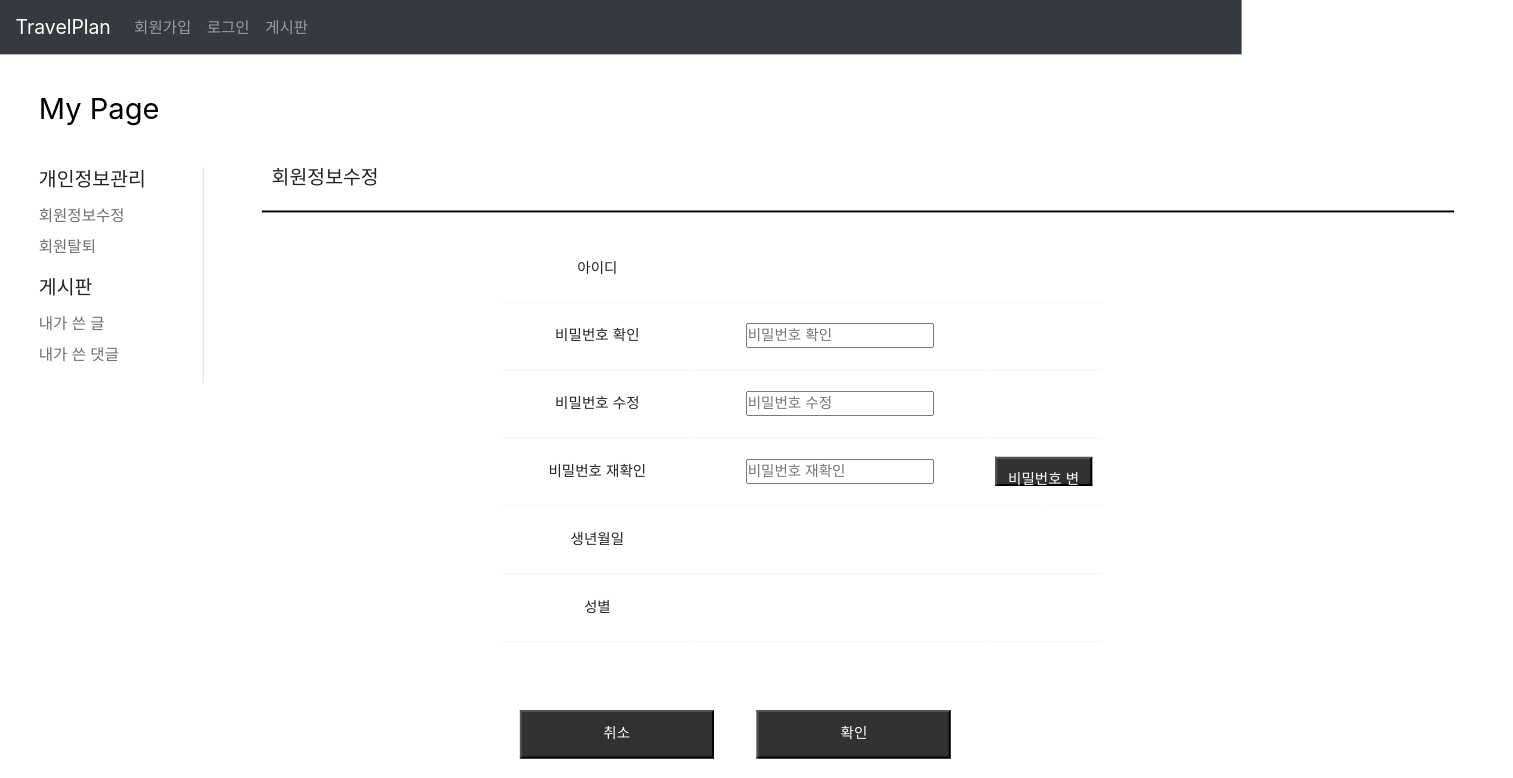
Repository: sna145815/Travel_v1
Page: http://localhost/Travel_v1/mypage
These files come from the project's save history. The page is drawn as it stood at one moment and after the next save; the edit follows.
The browser window is 1280 px wide. The page is 1560 px wide, so the pictures cover 1560 px, including what lies to the right of the window. The pictures show the whole page, at 97% of full size.
The page is served by Tomcat 9. Other server files are loaded and not shown. Queries for data that is not in the repository find no rows.

Above is the page before, as saved 2022-11-07 07:53:56.

### Travel_v1/src/main/webapp/WEB-INF/view/mypage.jsp
<%@ page language="java" contentType="text/html; charset=UTF-8"
    pageEncoding="UTF-8"%>
<%@ include file="/layout/header.jsp" %>

<!DOCTYPE html>
<html>
<head>
	<meta charset="UTF-8">
	<style>
		* {
			margin: 0;
			padding: 0;
		}
		#wrap {
			width: auto;
			min-width: 1560px;
			max-width: 1880px;
			padding: 0px 40px;
			margin: 0px auto;
			box-sizing: border-box;
		}
		#sub_header {
			position: relative;
			padding: 0px 0px 10px;
			margin: 0px auto;
		}
		.visual_area {
			padding: 5px 0px 8px;
			font-size: inherit;
			font-weight: normal;
		}
		.txt > a {
			display: inline-block;
			font-size: 30px;
			font-weight: normal;
			color: rgb(0, 0, 0);
		}
		.menu_area {
			float : left;
			width : 270px;
			border-right: 1px solid #ddd;
		}
		.content_right {
			position: absolute;
			left: 270px;
			top: 200;
			right: 0;
			min-width: 1229px;
		}
		.menu_area {
		 	width: 170px;
		 	float: left;
		 	margin: 24px 40px 0px 0px;
		 	font-size: 14px;
		}
		.menu1, .menu2 {
			display: flex;
			flex-direction: column;
			padding-bottom: 15px;
		}
		.update, .delete, .post, .comment {
			display: flex;
			margin-top: 2px;
			font-size: 16px;
			line-height: 30px;
			color: rgb(110, 110, 110);
		}
		.content-right {
			padding: 0;
			float: right;
		}
		.sectiontitle {
			border-bottom: 2px solid #000000;
			padding-left: 10px;
			padding-bottom: 14px;
			margin-top: 22px;
			line-height: 1.5px;
			font-size: 14px;
			position: relative;
		}
		.sectiontable {
			margin-top: 22px;
			padding: 10px;
			font-size: 15px;
			border-collapse: collapse;
			table-layout: fixed;
			margin-left: 20%;
		}
		tr {
			height: 70px;
			padding: 10px;
			box-sizing: border-box;
			border-bottom: 1px solid #f5f5f5;
			text-align: center;
			vertical-align: middle;
			word-break: break-all;
		}
		.button {
			margin-top: 50px;
			margin-left: 20%;
		}
		.btn_update {
			width: 100px;
			height: 30px;
			margin: 10px;
			padding: 10px;
			font-size: 15px;
			border-collapse: collapse;
			vertical-align: middle;
			color: rgb(255, 255, 255);
			background-color: rgb(50, 50, 50);
		}
		.btn_cancel, .btn_check {
			width: 200px;
			height: 50px;
			margin: 20px;
			padding: 10px;
			font-size: 15px;
			border-collapse: collapse;
			vertical-align: middle;
			color: rgb(255, 255, 255);
			background-color: rgb(50, 50, 50);
		}
	</style>
</head>
<body>
	<div id="wrap">
		<div id ="header">
			<div class="visual_area">
				<h1 class="txt">
					<a href="/mypage">My Page</a>
				</h1>
			</div>
		</div>
		<div id ="content_area">
			<div class ="content">
				<div class="content_in">
					<!-- 좌측 메뉴 -->
					<nav class="menu_area">
						<div class="menu1">
							<h5>개인정보관리</h5>
							<a href="/mypage" class="update">회원정보수정</a>
							<a href="/deleteuser" class="delete">회원탈퇴</a>
						</div>
						<div class="menu2">
							<h5>게시판</h5>
							<a href="#" class="post">내가 쓴 글</a>
							<a href="#" class="comment">내가 쓴 댓글</a>
						</div>
					</nav>
					<!-- 콘텐츠 내용 -->
					<section class ="content_right">
						<header class="sectiontitle">
							<h5>회원정보수정</h5>
						</header>
						<div>
							<table class="sectiontable">
								<tr>
									<td width=200px>아이디<td>
									<td id="userId" width=300px><strong>${user.id}</strong></td>
								</tr>
								<tr>
									<td>비밀번호 확인<td>
									<td><input type="password" id="userPwd" placeholder="비밀번호 확인" size=15/></td>
									<td><span id="checkpw"></span></td>
								</tr>
								<tr>
									<td>비밀번호 수정<td>
									<td><input type="password" id="upPwd" placeholder="비밀번호 수정" size=15/></td>
								</tr>
								<tr>
									<td>비밀번호 재확인<td>
									<td><input type="password" id="PwdR" placeholder="비밀번호 재확인" size=15/></td>
									<td>

										<form action="/mypage" method="post">
											<span id="checkpwdr"><button type="submit" class="btn_update">비밀번호 변경</button></span>
										</form>
									</td>
								</tr>
								<tr>
									<td>생년월일<td>
									<td id="userbirth"><strong>${user.date}</strong></td>
								</tr>
								<tr>
									<td>성별<td>
									<td id="userGender"><strong>${user.gender}</strong></td>
								</tr>
							</table>
						</div>
						<div class="button">
							<span>
								<button type="submit" class="btn_cancel" onclick="location.reload()">취소</button>
							</span>
							<span>
								<button type="submit" class="btn_check" onclick="location.href = '/main';">확인</button>
							</span>
						</div>
					</section>
				</div>
			</div>
		</div>
	</div>
</body>
</html>

### Travel_v1/src/main/webapp/layout/header.jsp
<%@ page language="java" contentType="text/html; charset=UTF-8"
    pageEncoding="UTF-8"%>
<!DOCTYPE html>

<head>
  <title>TravelPlan</title>
  <meta charset="utf-8">
  <meta name="viewport" content="width=device-width, initial-scale=1">
  <link rel="stylesheet" href="https://cdn.jsdelivr.net/npm/bootstrap@4.6.1/dist/css/bootstrap.min.css">
  <script src="https://cdn.jsdelivr.net/npm/jquery@3.6.0/dist/jquery.slim.min.js"></script>
  <script src="https://cdn.jsdelivr.net/npm/popper.js@1.16.1/dist/umd/popper.min.js"></script>
  <script src="https://cdn.jsdelivr.net/npm/bootstrap@4.6.1/dist/js/bootstrap.bundle.min.js"></script>
</head>
<body>

<nav class="navbar navbar-expand-md bg-dark navbar-dark">
  <a class="navbar-brand" href="/main">TravelPlan</a>
  <button class="navbar-toggler" type="button" data-toggle="collapse" data-target="#collapsibleNavbar">
    <span class="navbar-toggler-icon"></span>
  </button>
  <div class="collapse navbar-collapse" id="collapsibleNavbar">
    <ul class="navbar-nav">
      <li class="nav-item">
        <a class="nav-link" href="/join">회원가입</a>
      </li>
      <li class="nav-item">
        <a class="nav-link" href="/login">로그인</a>
      </li>
      <li class="nav-item">
        <a class="nav-link" href="/board?cmd=getlist">게시판</a>
      </li>
    </ul>
  </div>
</nav>
<br>

### Travel_v1/src/main/java/controller/mypagecontroller.java
package controller;

import java.io.IOException;

import javax.servlet.RequestDispatcher;
import javax.servlet.ServletException;
import javax.servlet.annotation.WebServlet;
import javax.servlet.http.HttpServlet;
import javax.servlet.http.HttpServletRequest;
import javax.servlet.http.HttpServletResponse;
import javax.servlet.http.HttpSession;

import model.usermodel;

import service.userservice;

@WebServlet("/mypage")
public class mypagecontroller extends HttpServlet {
	private static final long serialVersionUID = 1L;


    public mypagecontroller() {

    }


	protected void doGet(HttpServletRequest request, HttpServletResponse response) throws ServletException, IOException {
		HttpSession session = request.getSession();
		String id = (String)session.getAttribute("id");

		usermodel user = new usermodel();

		userservice service = new userservice();

		user = service.Selectuser(id);

		//오류 처리 필요
		request.setAttribute("user", user);
		RequestDispatcher rq = request.getRequestDispatcher("WEB-INF/view/mypage.jsp");
	    rq.forward(request, response);
	}

	protected void doPost(HttpServletRequest request, HttpServletResponse response) throws ServletException, IOException {
		request.setCharacterEncoding("utf-8");
		String pwd = request.getParameter("pwd");
		String uppwd = request.getParameter("uppwd");
		String uppwdr = request.getParameter("pwdr");

		HttpSession session = request.getSession();
		String id = (String) session.getAttribute("id");

		userservice service = new userservice();

		if(service.Checkpwd(pwd, id) == 1)
		{
			if(uppwd.equals(uppwdr))
			{
				if(service.Updatepwd(uppwd, id) == 1)
				{
					request.setAttribute("Result", true);
				}
				else
				{
					request.setAttribute("Result", false);
				}
			}
			RequestDispatcher rq = request.getRequestDispatcher("WEB-INF/view/updateresult.jsp");
		    rq.forward(request, response);
		}
		else
		{
			RequestDispatcher rq = request.getRequestDispatcher("WEB-INF/view/mypage.jsp");
		    rq.forward(request, response);
		}
	}
}

### Travel_v1/src/main/java/model/usermodel.java
package model;

import java.util.Date;

public class usermodel {
	private String id;
	private String pwd;
	private String name;
	private Date date;
	private String gender;


	public usermodel() {

	}


	public String getId() {
		return id;
	}


	public void setId(String id) {
		this.id = id;
	}


	public String getPwd() {
		return pwd;
	}


	public void setPwd(String pwd) {
		this.pwd = pwd;
	}


	public String getName() {
		return name;
	}


	public void setName(String name) {
		this.name = name;
	}


	public Date getDate() {
		return date;
	}


	public void setDate(Date date) {
		this.date = date;
	}


	public String getGender() {
		return gender;
	}


	public void setGender(String gender) {
		this.gender = gender;
	}


}

### Travel_v1/src/main/java/service/userservice.java
package service;


import java.sql.Connection;
import java.sql.Date;
import java.sql.PreparedStatement;
import java.sql.ResultSet;
import java.sql.SQLException;

import config.DB;
import model.usermodel;


public class userservice {

	//회원가입
	public int Signup(usermodel model)
	{
		String sql = "INSERT INTO user VALUES (?,?,?,?,?)";
		Connection conn = DB.getConnection();
		PreparedStatement pstmt = null;

		try
		{
            pstmt = conn.prepareStatement(sql);

            pstmt.setString(1, model.getId());
            pstmt.setString(2, model.getPwd());
            pstmt.setString(3, model.getName());
            pstmt.setDate(4, (Date) model.getDate());
            pstmt.setString(5, model.getGender());

            if(pstmt.executeUpdate() !=1)
            {
                return 0;
            }
            return 1;
        }
		catch(Exception e)
		{
			e.printStackTrace();
			return 0;
		}
		finally
		{
			DB.close(conn,pstmt);
		}
    }

	//비밀번호 변경
	public int Updatepwd(String uppwd, String id)
	{
		String sql = "UPDATE user set password = ? where id = ?";
		Connection conn = DB.getConnection();
		PreparedStatement pstmt = null;

		try
		{
			pstmt = conn.prepareStatement(sql);

            pstmt.setString(1, uppwd);
            pstmt.setString(2, id);

            if(pstmt.executeUpdate() !=1)
            {
                return 0;
            }
            return 1;
        }
		catch(Exception e)
		{
			e.printStackTrace();
			return 0;
		}
		finally
		{
			DB.close(conn,pstmt);
		}
	}

	//비밀번호 확인
	public int Checkpwd(String pwd, String id)
	{
		String sql = "SELECT password from user where id = ?";
		Connection conn = DB.getConnection();
		PreparedStatement pstmt = null;
		ResultSet rs = null;

		try
		{
			pstmt = conn.prepareStatement(sql);

			pstmt.setString(1, id);

			rs = pstmt.executeQuery();

            if (rs.next())
            {
            	if(rs.getString(1).equals(pwd))
            		return 1;
                else
             	   return 0;	 //비밀번호 불일치
             }
             return -1;	//비밀번호 없음
        }
		catch(SQLException e)
		{
			e.printStackTrace();
			return 0;
		}
		finally
		{
			DB.close(conn, pstmt, rs);
		}
	}

	//회원 삭제
	public int Deleteuser(String pwd)
	{
		String sql = "DELETE FROM user where password = ?";
		Connection conn = DB.getConnection();
		PreparedStatement pstmt = null;

		try
		{
            pstmt = conn.prepareStatement(sql);

            pstmt.setString(1, pwd);

            if(pstmt.executeUpdate() !=1)
            {
                return 0;
            }
            return 1;
        }
		catch(Exception e)
		{
			e.printStackTrace();
			return 0;
		}
	}

	//회원 정보 불러오기
	public usermodel Selectuser(String id)
	{
		String sql = "SELECT * FROM user where id = ?";
		Connection conn = DB.getConnection();
		PreparedStatement pstmt = null;
		ResultSet rs = null;

		usermodel user = new usermodel();

		try
		{
			pstmt = conn.prepareStatement(sql);

			pstmt.setString(1, id);

			rs = pstmt.executeQuery();

			while (rs.next())
			{
				user.setId(rs.getString(1));		//id
				user.setPwd(rs.getString(2));		//password
				user.setName(rs.getString(3));		//name
				user.setDate(rs.getDate(4));		//birth
				user.setGender(rs.getString(5));	//gender
			}

			return user;
		}
		catch (Exception e)
		{
			e.printStackTrace();
			return null;
		}
		finally
		{
			DB.close(conn, pstmt, rs);
		}
	}


	//로그인
	public  int findbyuserid(usermodel model)
	{
		String sql = "SELECT password FROM user WHERE id = ?";
		Connection conn=DB.getConnection();
		PreparedStatement pstmt = null;
		ResultSet rs = null;

		try
		{
            pstmt = conn.prepareStatement(sql);

            pstmt.setString(1, model.getId());

            rs = pstmt.executeQuery();
            if (rs.next())
            {
               if (rs.getString(1).equals(model.getPwd()))
            	   return 1;		//로그인 성공
               else
            	   return 0;	//비밀번호 불일치
            }
            return -1;	//아이디가 없음
        }
		catch(SQLException e)
		{
			e.printStackTrace();
			return -2;	//오류
		}
		finally
		{
			DB.close(conn,pstmt,rs);
		}

	}

}

### Travel_v1/src/main/java/config/DB.java
package config;

import java.sql.Connection;
import java.sql.DriverManager;
import java.sql.PreparedStatement;
import java.sql.ResultSet;
import java.sql.SQLException;

public class DB {

	public static Connection getConnection()
	{
		try{
			 String jdbcUrl = "jdbc:mysql://localhost:3306/travel?useUnicode=true&characterEncoding=utf8";
		     String dbId = "root";
		     String dbPass = "1128";

			 Class.forName("com.mysql.cj.jdbc.Driver");
			 Connection con = DriverManager.getConnection(jdbcUrl,dbId ,dbPass);
			 return con;
		  }catch(Exception e){
			 e.printStackTrace();
		  }
		return null;
	}

	public static void close(Connection conn,PreparedStatement pstmt,ResultSet rs)
	{
		try {
			rs.close();
			pstmt.close();
			conn.close();
		} catch (SQLException e) {

			e.printStackTrace();
		}

	}

	public static void close(Connection conn,PreparedStatement pstmt)
	{
		try {
			pstmt.close();
			conn.close();
		} catch (SQLException e) {

			e.printStackTrace();
		}

	}
}

After the next save:
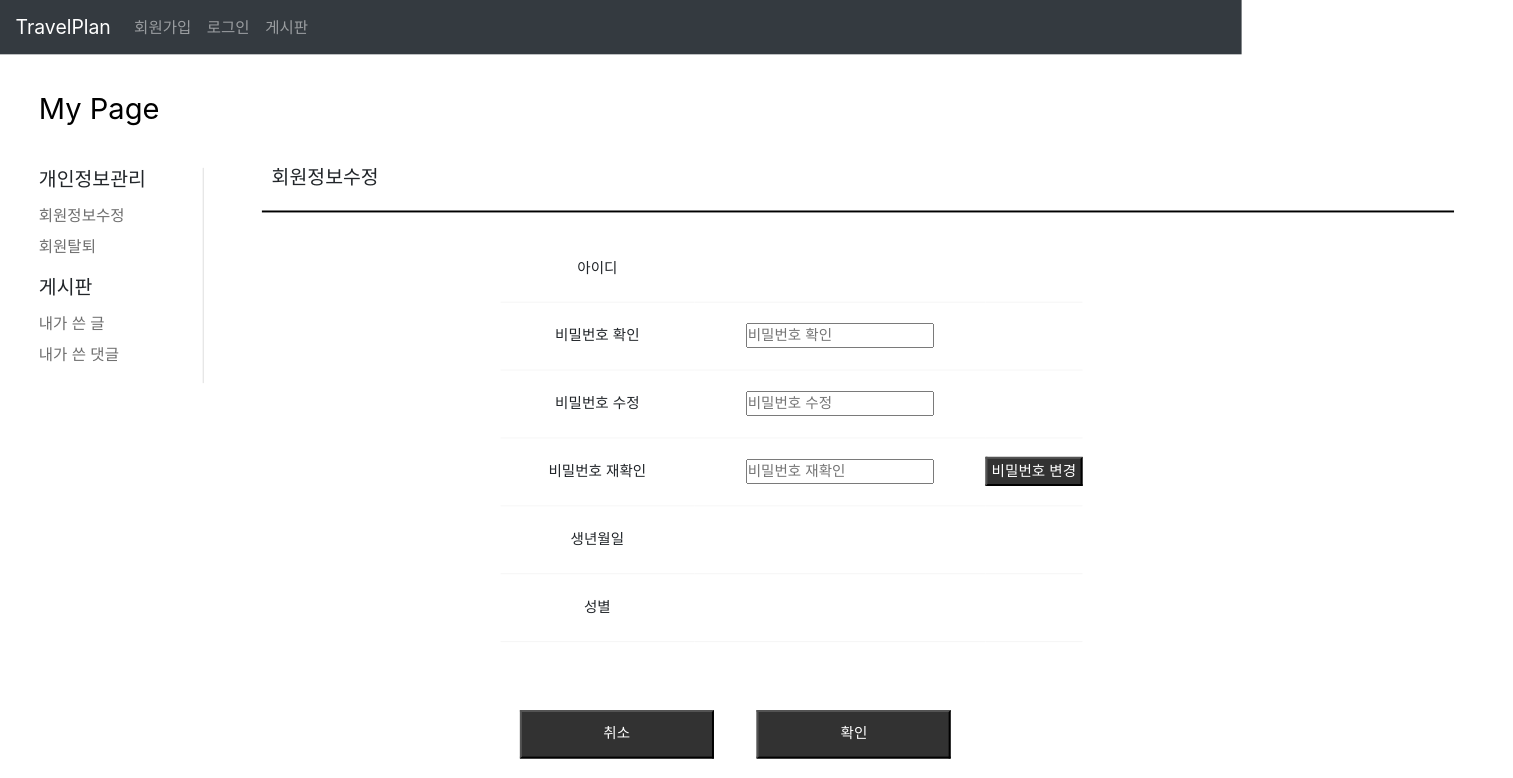
Saved 6 s later.
--- a/Travel_v1/src/main/webapp/WEB-INF/view/mypage.jsp
+++ b/Travel_v1/src/main/webapp/WEB-INF/view/mypage.jsp
@@ -102,8 +102,6 @@
 		.btn_update {
 			width: 100px;
 			height: 30px;
-			margin: 10px;
-			padding: 10px;
 			font-size: 15px;
 			border-collapse: collapse;
 			vertical-align: middle;
